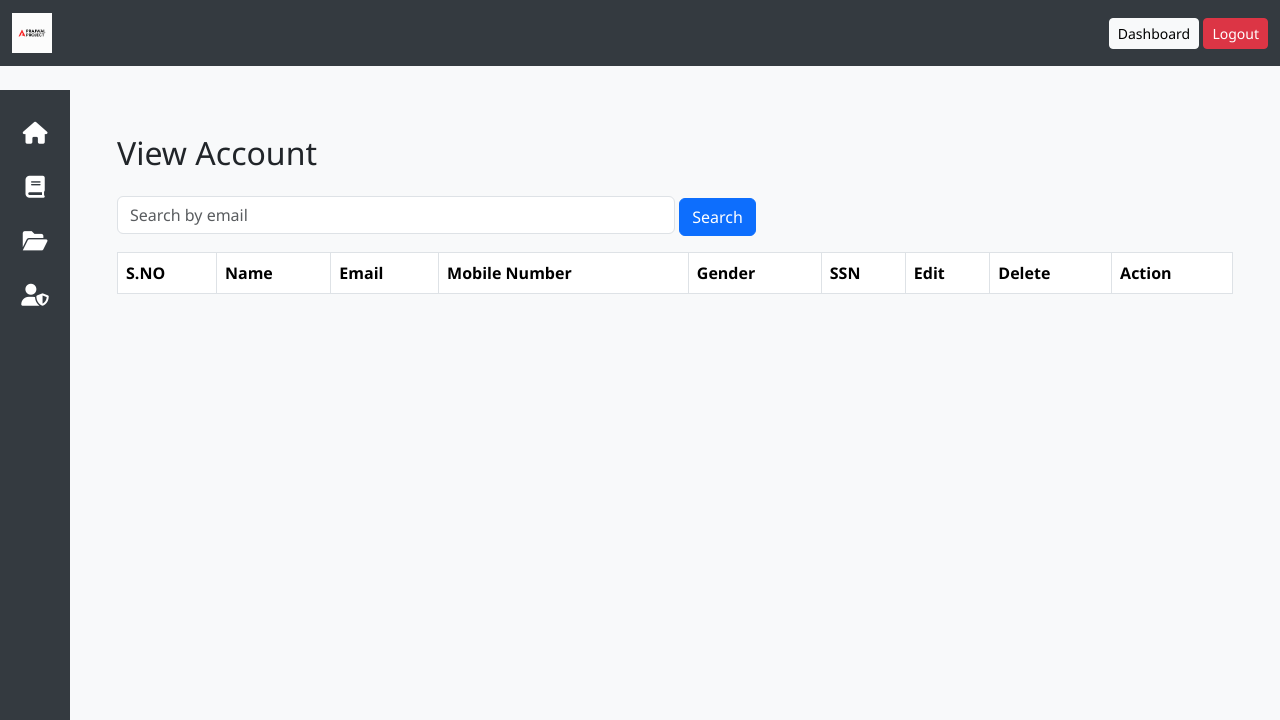
Repository: PRAJWALSINKAR/Spring_boot_Major_Projects
Page: http://localhost/view-caseworkers
These files come from the project's save history. The page is drawn as it stood at one moment and after the next save; the edit follows.
The browser window is 1280 px wide. The pictures show the whole page.
The page is this project's Thymeleaf template; nobody is signed in. The template is opened directly, without the code that normally fills it, so the values that code supplies are empty.

Above is the page before, as saved 2025-08-09 10:45:23.

### IES-Integrated_Eligibility_system/src/main/resources/templates/view-caseworkers.html
<!DOCTYPE html>
<html xmlns:th="http://www.thymeleaf.org">
<head>
<title>View Caseworkers</title>
<link rel="stylesheet"
      href="https://cdn.jsdelivr.net/npm/bootstrap@5.3.2/dist/css/bootstrap.min.css" />
<link rel="stylesheet"
      href="https://cdnjs.cloudflare.com/ajax/libs/font-awesome/6.0.0/css/all.min.css" />
<style>
body { background-color: #f8f9fa; font-family: 'Segoe UI', sans-serif; }
.navbar { background-color: #343a40 !important; }
.navbar-brand img { height: 40px; }
/* Sidebar styling */
.sidebar {
    width: 70px; height: 100vh; position: fixed;
    background-color: #343a40; display: flex; flex-direction: column;
    padding-top: 1rem; z-index: 999;
}
.sidebar ul { list-style: none; margin: 0; padding: 0; }
.sidebar li { position: relative; }
.sidebar .nav-link {
    display: flex; justify-content: center; align-items: center;
    height: 54px; font-size: 22px; color: white; text-decoration: none;
}
.sidebar .nav-link:hover { background-color: #495057; }
.submenu {
    display: none; position: fixed; background: #343a40;
    min-width: 220px; box-shadow: 0 8px 24px rgba(44,62,80,0.2);
    border-radius: 0 8px 8px 0; overflow: hidden;
    z-index: 2000; opacity: 0; pointer-events: none;
}
.submenu.show { display: block; opacity: 1; pointer-events: auto; }
.submenu a {
    display: block; padding: 12px 18px; color: white;
    text-decoration: none; border-bottom: 1px solid #41464b;
}
.submenu a:last-child { border-bottom: none; }
.submenu a:hover { background: #495057; }
main { margin-left: 70px; padding: 20px; }
</style>
</head>
<body>

<nav class="navbar navbar-expand-lg navbar-dark bg-dark mb-4">
<div class="container-fluid">
<a class="navbar-brand" href="#"><img th:src="@{/images/myName-Logo.png}" alt="Logo" width="40" height="40" /></a>
<div class="ms-auto">
    <a href="/dashboard" class="btn btn-light btn-sm">Dashboard</a>
    <a href="/logout" class="btn btn-danger btn-sm">Logout</a>
</div>
</div>
</nav>

<!-- Sidebar -->
<nav class="sidebar">
    <ul class="nav flex-column">
        <li><a href="/dashboard" class="nav-link" title="Dashboard"><i class="fa fa-home"></i></a></li>
        <li class="has-popup" data-popup="appreg-popup"><a class="nav-link" title="Application Registration"><i class="fa fa-book"></i></a></li>
        <li class="has-popup" data-popup="datacollection-popup"><a class="nav-link" title="Data Collection"><i class="fa fa-folder-open"></i></a></li>
        <li class="has-popup" data-popup="admin-popup"><a class="nav-link" title="Admin"><i class="fa fa-user-shield"></i></a></li>
    </ul>
</nav>

<!-- Submenus -->
<div id="appreg-popup" class="submenu">
    <a href="/application/create">Create Application</a>
    <a href="/application/view">View Applications</a>
</div>
<div id="datacollection-popup" class="submenu">
    <a href="/dc/income-manual">Income Details</a>
    <a href="/dc/education-manual">Education Details</a>
    <a href="/dc/kids-manual">Kids Details</a>
</div>
<div id="admin-popup" class="submenu">
    <a href="/caseworker/register-form">Create Account</a>
    <a href="/caseworker/view">View Accounts</a>
    <a href="/plan/create-form">Create Plan</a>
    <a href="/plan/view">View Plans</a>
</div>

<!-- Main -->
<main>
<div class="container mt-4">
<h2 class="mb-4">View Account</h2>
<form method="get" th:action="@{/caseworker/view}" class="mb-3">
    <input type="text" name="email" placeholder="Search by email" class="form-control w-50 d-inline" />
    <button type="submit" class="btn btn-primary">Search</button>
</form>
<table class="table table-bordered table-striped">
<thead>
<tr>
    <th>S.NO</th>
    <th>Name</th>
    <th>Email</th>
    <th>Mobile Number</th>
    <th>Gender</th>
    <th>SSN</th>
    <th>Edit</th>
    <th>Delete</th>
    <th>Action</th>
</tr>
</thead>
<tbody>
<tr th:each="worker, iterStat : ${caseworkers}">
    <td th:text="${iterStat.count}"></td>
    <td th:text="${worker.name}"></td>
    <td th:text="${worker.email}"></td>
    <td th:text="${worker.phoneNumber}"></td>
    <td th:text="${worker.gender}"></td>
    <td th:text="${worker.ssn}"></td>
    <td><a th:href="@{'/caseworker/edit/' + ${worker.id}}" class="btn btn-primary btn-sm"> ✏️ </a></td>
    <td><a th:href="@{'/caseworker/delete/' + ${worker.id}}" class="btn btn-danger btn-sm"
           onclick="return confirm('Are you sure you want to permanently delete this caseworker?');"> 🗑 </a></td>
    <td>
        <a th:if="${worker.accStatus == 'ACTIVE'}" th:href="@{'/caseworker/toggle-status/' + ${worker.id}}" class="btn btn-danger btn-sm">❌</a>
        <a th:if="${worker.accStatus != 'ACTIVE'}" th:href="@{'/caseworker/toggle-status/' + ${worker.id}}" class="btn btn-success btn-sm">✅</a>
    </td>
</tr>
</tbody>
</table>
</div>
</main>

<script src="https://cdn.jsdelivr.net/npm/bootstrap@5.3.2/dist/js/bootstrap.bundle.min.js"></script>
<script>
document.querySelectorAll('.has-popup').forEach(function(li){
    li.addEventListener('mouseenter', function(){
        document.querySelectorAll('.submenu.show').forEach(e=>e.classList.remove('show'));
        var popup=document.getElementById(li.getAttribute('data-popup'));
        var rect=li.getBoundingClientRect();
        popup.style.top=rect.top+"px";
        popup.style.left=rect.right+"px";
        popup.classList.add('show');
    });
    li.addEventListener('mouseleave', function(){
        var popup=document.getElementById(li.getAttribute('data-popup'));
        setTimeout(function(){ if(!popup.matches(':hover')) popup.classList.remove('show'); }, 100);
    });
});
document.querySelectorAll('.submenu').forEach(function(menu){
    menu.addEventListener('mouseleave', function(){menu.classList.remove('show');});
    menu.addEventListener('mouseenter', function(){menu.classList.add('show');});
});
</script>
</body>
</html>

After the next save:
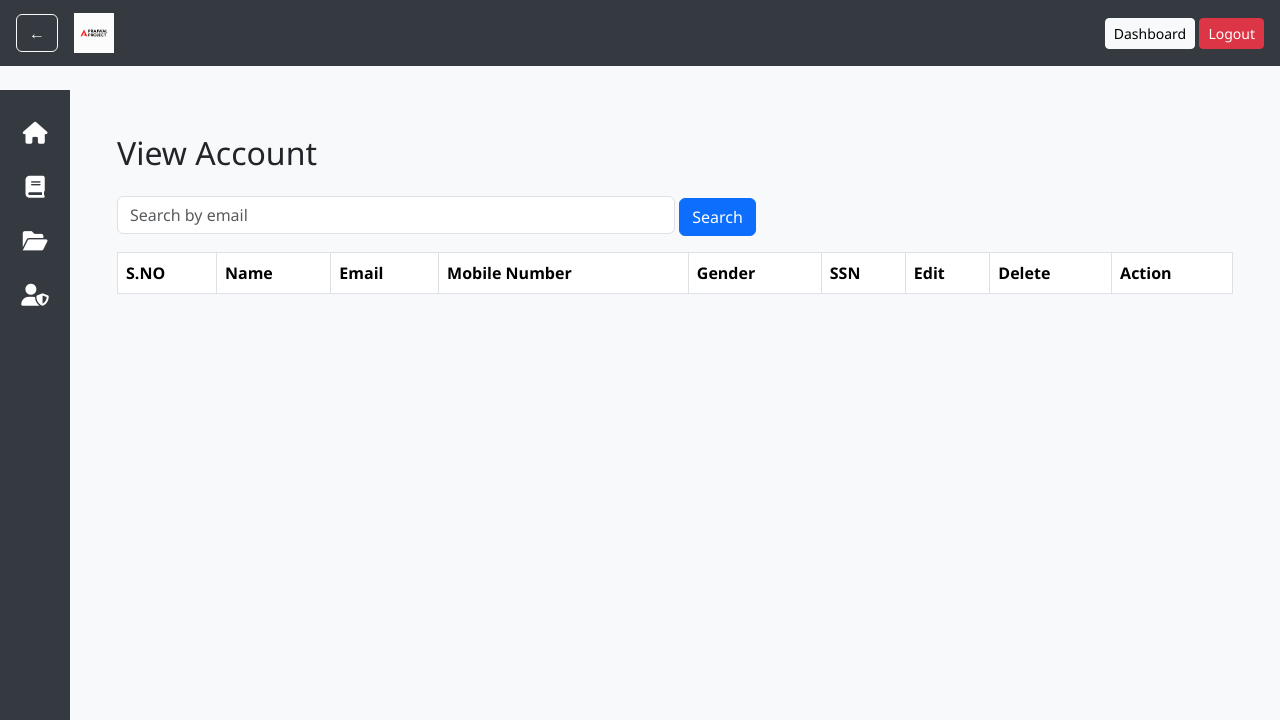
Saved 98 s later.
--- a/IES-Integrated_Eligibility_system/src/main/resources/templates/view-caseworkers.html
+++ b/IES-Integrated_Eligibility_system/src/main/resources/templates/view-caseworkers.html
@@ -41,14 +41,18 @@ main { margin-left: 70px; padding: 20px; }
 </head>
 <body>
 
-<nav class="navbar navbar-expand-lg navbar-dark bg-dark mb-4">
-<div class="container-fluid">
-<a class="navbar-brand" href="#"><img th:src="@{/images/myName-Logo.png}" alt="Logo" width="40" height="40" /></a>
-<div class="ms-auto">
-    <a href="/dashboard" class="btn btn-light btn-sm">Dashboard</a>
-    <a href="/logout" class="btn btn-danger btn-sm">Logout</a>
-</div>
-</div>
+<nav class="navbar navbar-expand-lg navbar-dark bg-dark mb-4 px-3">
+    <div class="d-flex align-items-center">
+        <!-- Back Button -->
+        <button onclick="history.back()" class="btn btn-outline-light me-3" title="Go Back">&#8592;</button>
+        <a class="navbar-brand" href="#">
+            <img th:src="@{/images/myName-Logo.png}" alt="Logo" />
+        </a>
+    </div>
+    <div class="ms-auto">
+        <a href="/dashboard" class="btn btn-light btn-sm">Dashboard</a>
+        <a href="/logout" class="btn btn-danger btn-sm">Logout</a>
+    </div>
 </nav>
 
 <!-- Sidebar -->
@@ -123,6 +127,7 @@ main { margin-left: 70px; padding: 20px; }
 
 <script src="https://cdn.jsdelivr.net/npm/bootstrap@5.3.2/dist/js/bootstrap.bundle.min.js"></script>
 <script>
+// Sidebar submenu logic
 document.querySelectorAll('.has-popup').forEach(function(li){
     li.addEventListener('mouseenter', function(){
         document.querySelectorAll('.submenu.show').forEach(e=>e.classList.remove('show'));
